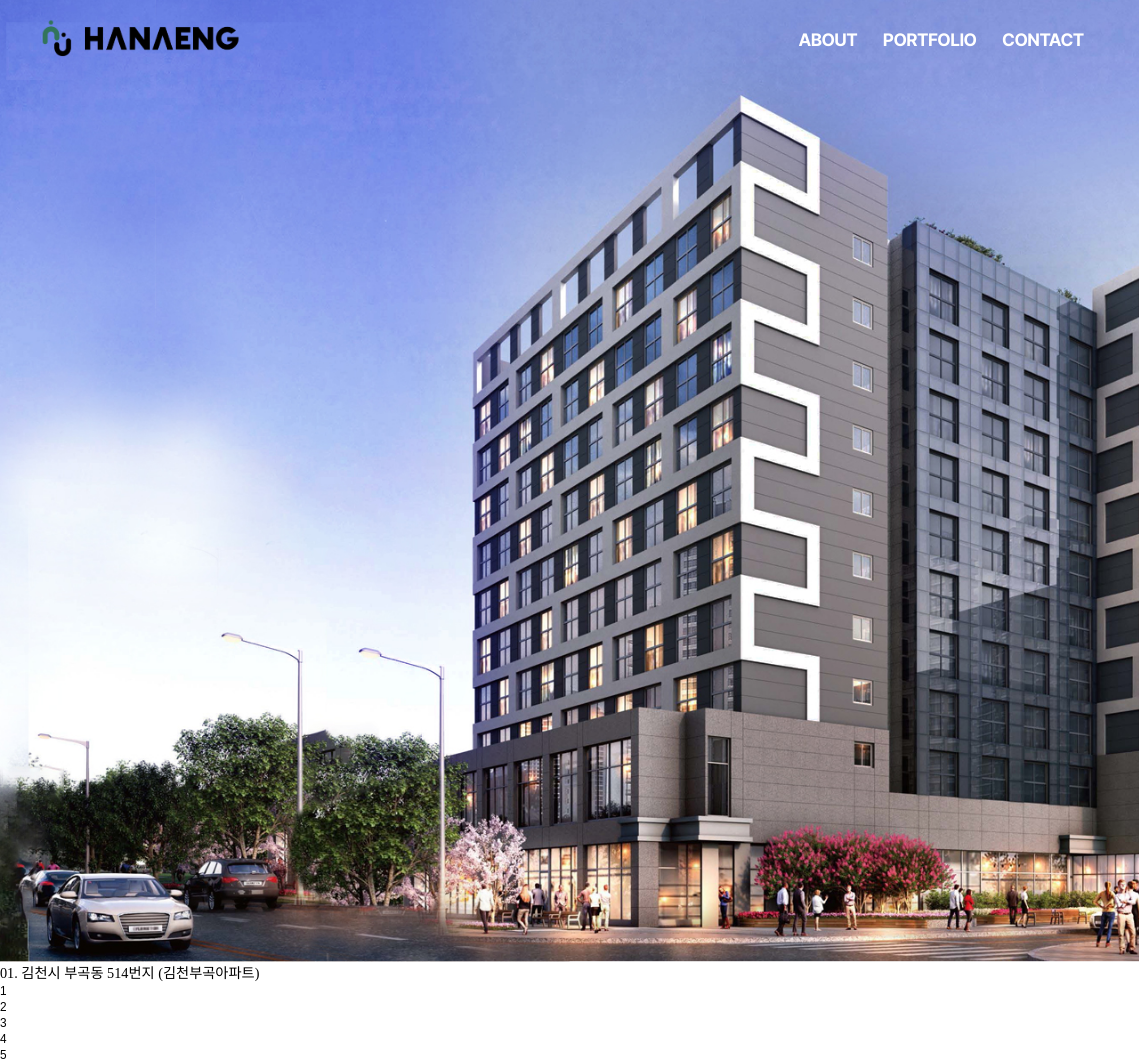
Repository: makeditWeb/hanaenc
Page: main.html
These files come from the project's save history. The page is drawn as it stood at one moment and after the next save; the edit follows.
The browser window is 1280 px wide. The pictures show the whole page, at 89% of full size.
Some web libraries are served in a nearby version.

Above is the page before, as saved 2023-07-05 17:28:56.

After the next save:
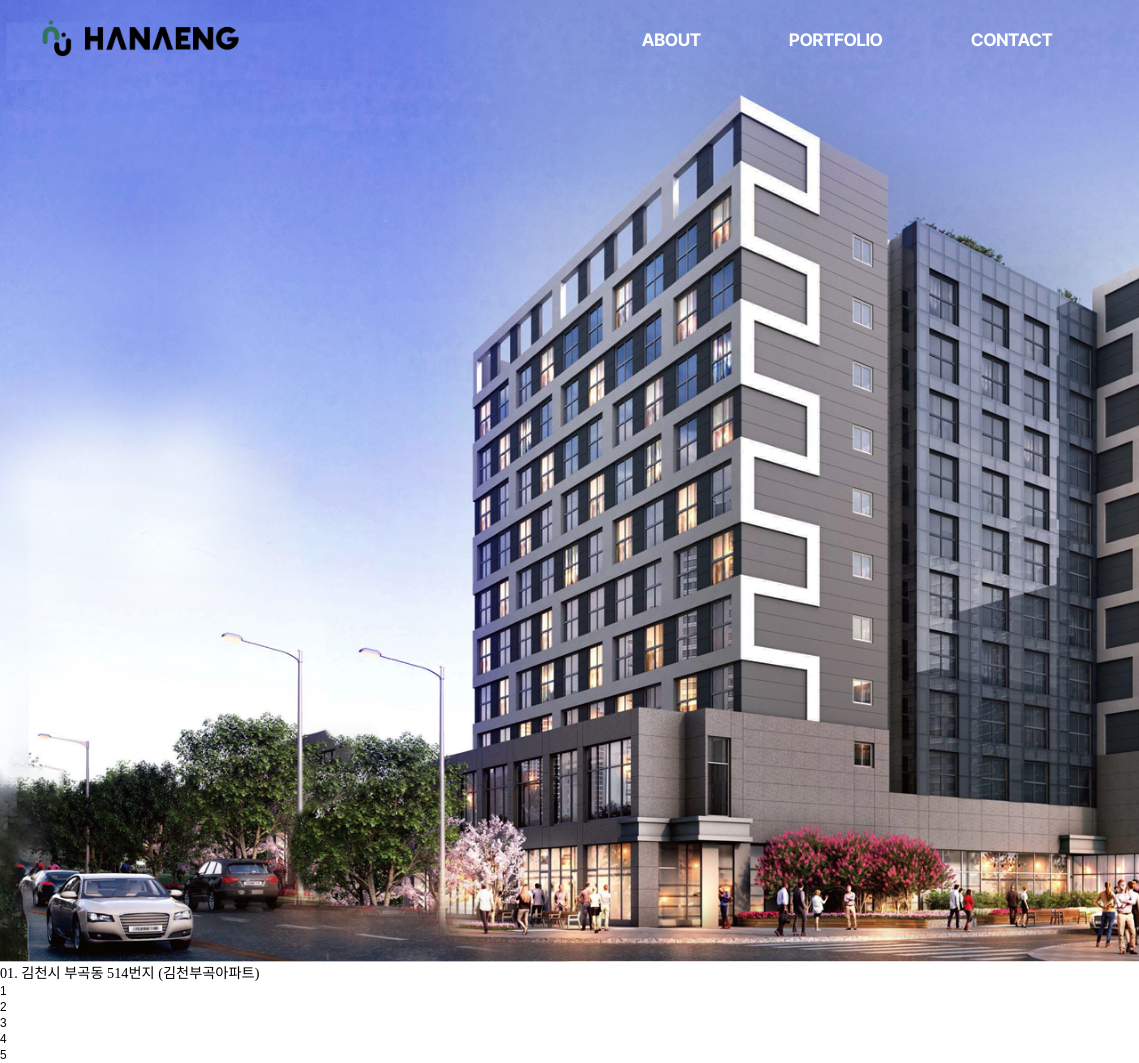
Saved 94 s later.
--- a/css/style.css
+++ b/css/style.css
@@ -170,8 +170,7 @@
 .menu-bar .nav-link {
     font-size: 20px;
     letter-spacing: -0.6px;
-    padding: 0.3rem;
-    min-width: 60px;
+    padding: 57px 40px;
     margin: 0 0.6rem;
     color: #fff;
     font-family: 'Pretendard-Bold';
